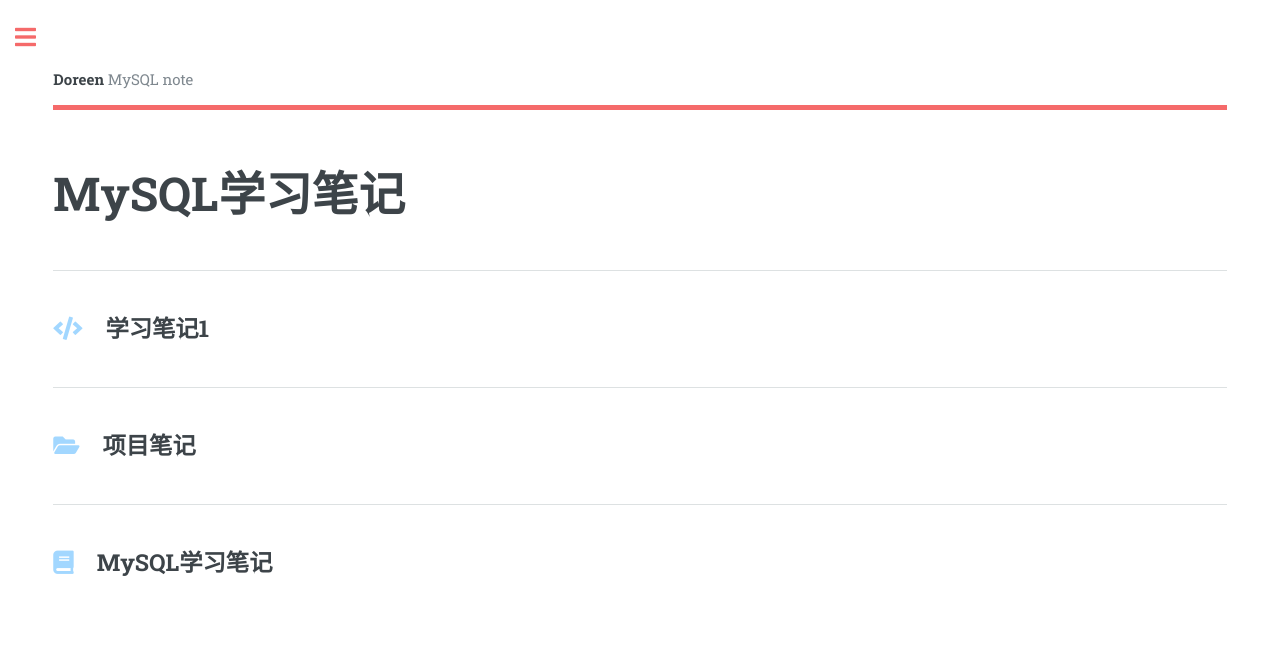
Repository: Hpz3859/Hpz3859.github.io
Page: mysql.html
These files come from the project's save history. The page is drawn as it stood at one moment and after the next save; the edit follows.
The browser window is 1280 px wide. The pictures show the whole page.

Above is the page before, as saved 2025-03-19 15:00:30.

### mysql.html
<!DOCTYPE HTML>
<!--
	Editorial by HTML5 UP
	html5up.net | @ajlkn
	Free for personal and commercial use under the CCA 3.0 license (html5up.net/license)
-->
<html>
	<head>
		<title>Doreen MySQL note</title>
		<meta charset="utf-8" />
		<meta name="viewport" content="width=device-width, initial-scale=1, user-scalable=no" />
		<link rel="stylesheet" href="assets/css/main.css" />
	</head>
	<body class="is-preload">

		<!-- Wrapper -->
			<div id="wrapper">

				<!-- Main -->
					<div id="main">
						<div class="inner">

							<!-- Header -->
								<header id="header">
									<a href="mysql.html" class="logo"><strong>Doreen</strong> MySQL note</a>
									<!--
									<ul class="icons">
										<li><a href="#" class="icon brands fa-twitter"><span class="label">Twitter</span></a></li>
										<li><a href="#" class="icon brands fa-facebook-f"><span class="label">Facebook</span></a></li>
										<li><a href="#" class="icon brands fa-snapchat-ghost"><span class="label">Snapchat</span></a></li>
										<li><a href="#" class="icon brands fa-instagram"><span class="label">Instagram</span></a></li>
										<li><a href="#" class="icon brands fa-medium-m"><span class="label">Medium</span></a></li>
									</ul>
									-->
								</header>

							<!-- Content -->
							<section>
								<header class="main">
									<h1>MySQL学习笔记</h1>
								</header>
									<!-- Content -->
									<hr class="major" />

									<div class="content">
										<h2>
											<span class="icon solid fa-code" style="color: #a2d7ff;"></span>
											&nbsp;&nbsp;
											<a href="resume.html" class="logo">学习笔记1</a>
										</h2>
									</div>


									<hr class="major" />

									<div class="content">
										<h2>
											<span class="icon solid fa-folder-open" style="color: #a2d7ff;"></span>
											&nbsp;&nbsp;
											<a href="#" class="logo">项目笔记</a>
										</h2>
									</div>

									<hr class="major" />

									<div class="content">
										<h2>
											<span class="icon solid fa-book" style="color: #a2d7ff;"></span>
											&nbsp;&nbsp;
											<a href="mysql.html" class="logo">MySQL学习笔记</a>
										</h2>
									</div>


							</section>

						</div>
					</div>

				<!-- Sidebar -->
					<div id="sidebar">
						<div class="inner">

							<!-- Search -->
								<section id="search" class="alt">
									<form method="post" action="#">
										<input type="text" name="query" id="query" placeholder="Search" />
									</form>
								</section>

							<!-- Menu -->
								<nav id="menu">
									<header class="major">
										<h2>目录</h2>
									</header>
									<ul>
										<li><a href="index.html">主页</a></li>
										<li>
											<span class="opener">过往经历</span>
											<ul>
												<li><a href="resume.html">个人简历</a></li>
												<li><a href="#">项目笔记</a></li>
												<li><a href="mysql.html">MySQL学习笔记</a></li>
											</ul>
											<span class="opener">文章</span>
											<ul>
												<li><a href="#">过往经历</a></li>
												<li><a href="#">数据挖掘</a></li>
												<li><a href="#">量化与投资</a></li>
												<li><a href="#">随笔</a></li>
											</ul>
										</li>
										<li><a href="#">视频</a></li>
									</ul>
								</nav>


							<!-- Section -->
								<section>
									<header class="major">
										<h2>联系我</h2>
									</header>
									<p> </p>
									<ul class="contact">
										<li class="icon solid fa-envelope"><a href="#">h18286003859@163.com</a></li>
										<li class="icon solid fa-phone">(+86)13001993255</li>
										<!-- 地址
										<li class="icon solid fa-home"></li>
										-->
									</ul>
								</section>

							<!-- Footer -->
							 <!--
								<footer id="footer">
									<p class="copyright">&copy; Untitled. All rights reserved. Demo Images: <a href="https://unsplash.com">Unsplash</a>. Design: <a href="https://html5up.net">HTML5 UP</a>.</p>
								</footer>
							-->

						</div>
					</div>

			</div>

		<!-- Scripts -->
			<script src="assets/js/jquery.min.js"></script>
			<script src="assets/js/browser.min.js"></script>
			<script src="assets/js/breakpoints.min.js"></script>
			<script src="assets/js/util.js"></script>
			<script src="assets/js/main.js"></script>

	</body>
</html>

Loaded but not shown: assets/js/jquery.min.js (library); assets/js/browser.min.js (common file); assets/js/breakpoints.min.js (common file); assets/css/fontawesome-all.min.css (library); assets/js/util.js (587 lines, source omitted); assets/js/main.js (262 lines, source omitted); assets/css/main.css (2273 lines, source omitted)

After the next save:
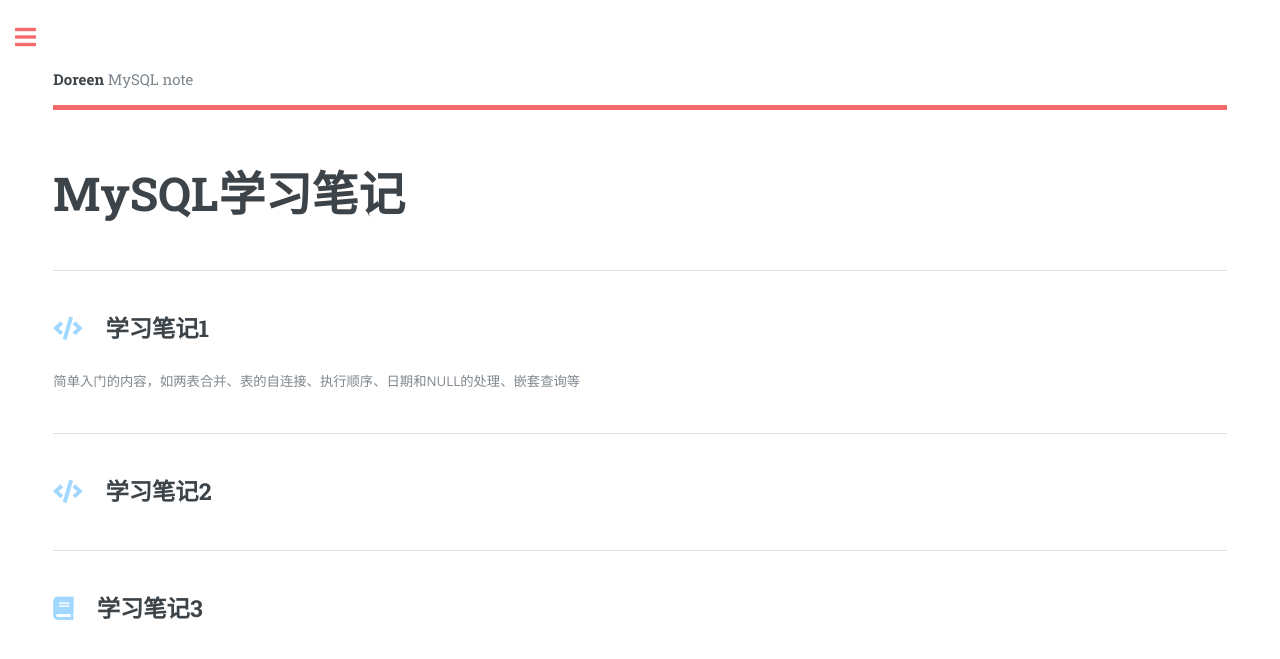
Saved 53 s later.
--- a/mysql.html
+++ b/mysql.html
@@ -48,6 +48,7 @@
 											&nbsp;&nbsp;
 											<a href="resume.html" class="logo">学习笔记1</a>
 										</h2>
+										<p>简单入门的内容，如两表合并、表的自连接、执行顺序、日期和NULL的处理、嵌套查询等</p>
 									</div>
 
 
@@ -55,9 +56,9 @@
 
 									<div class="content">
 										<h2>
-											<span class="icon solid fa-folder-open" style="color: #a2d7ff;"></span>
+											<span class="icon solid fa-code" style="color: #a2d7ff;"></span>
 											&nbsp;&nbsp;
-											<a href="#" class="logo">项目笔记</a>
+											<a href="#" class="logo">学习笔记2</a>
 										</h2>
 									</div>
 
@@ -67,7 +68,7 @@
 										<h2>
 											<span class="icon solid fa-book" style="color: #a2d7ff;"></span>
 											&nbsp;&nbsp;
-											<a href="mysql.html" class="logo">MySQL学习笔记</a>
+											<a href="#" class="logo">学习笔记3</a>
 										</h2>
 									</div>
 
